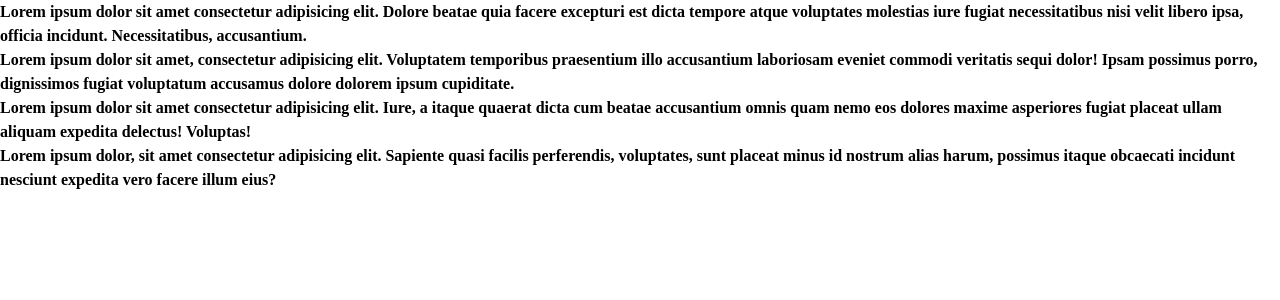
Repository: nguyenkien12345/Master-Css
Page: 1 so thuoc tinh css dac biet/index.html
The author's editor kept a copy of each file at every save. The page is drawn from the files as they stood at one save, then again after the next save.
The browser window is 1280 px wide. The pictures show the whole page.

Above is the page before, as saved 2023-09-10 22:50:27.

### 1 so thuoc tinh css dac biet/index.html
<!DOCTYPE html>
<html lang="en">
<head>
    <meta charset="UTF-8">
    <meta http-equiv="X-UA-Compatible" content="IE=edge">
    <meta name="viewport" content="width=device-width, initial-scale=1.0">
    <title>1 số thuộc tính css đặc biệt</title>
</head>

    <style>
        *,
        *::before,
        *::after {
          box-sizing: border-box;
        }
        body,
        h1,
        h2,
        h3,
        h4,
        h5,
        h6,
        p,
        figure,
        picture {
          margin: 0;
        }
        body {
          min-height: 100vh;
          line-height: 1.5;
        }
        input,
        button,
        select,
        textarea {
          font: inherit;
        }
        img,
        picture {
          display: block;
          max-width: 100%;
        }
        /* remove animation for people who've turned them off */
        @media (prefers-reduced-motion: reduce) {
          *,
          *::before,
          *::after {
            animation-duration: 0.01ms !important;
            animation-iteration-count: 1 !important;
            transition-duration: 0.01ms !important;
            scroll-behavior: auto !important;
          }
        }

        /* .boxed {
            width: 100px;
            height: 100px;
            background-color: #6a5af9;
            margin-inline: auto;
        } */
        /* margin-inline: auto; tương ứng với margin-left: auto, margin-right: auto */
        /* margin-block: auto; tương ứng với margin-top: auto, margin-bottom: auto */
        /* padding-inline và padding-block tương tự như margin-inline, margin-block */
        /* --------------------------------------------------------------------------------------------------------------- */

        /* .aspect{
            aspect-ratio: 16/9;
        }

        .aspect img{
            width: 100%;
            height: 100%;
            object-fit: cover;
        } */
        /*  aspect-ratio: Hỗ trợ hiển thị ảnh theo tỷ lệ */
        /* --------------------------------------------------------------------------------------------------------------- */

        /* body {
            background-color: yellow;
            position: relative;
        }

        .child {
            position: absolute;
            top: 0;
            left: 0;
            right: 0;
            bottom: 0;
            background-color: blueviolet;
        } */
        /*
            Cách 1
            top: 0;
            left: 0;
            right: 0;
            bottom: 0;
        */
        /*
            Cách 2
            top: 0;
            left: 0;
            width: 100%;
            height: 100%;
        */
        /*
        - Thay cả 4 thằng top, bottom, left, right là inset: 0 (=> top right bottom left đều là 0)
        - inset: top right bottom left
        */

        /* selectors: is và where */
        div p, section p, main p,  article p {
          font-size: 16px;
          font-weight: 600;
        }
    </style>

<body>
    <!--
      <div class="boxed">
        Evondev
      </div>
    -->

    <!--
      <div class="aspect">
        <img src="https://source.unsplash.com/random" alt=""/>
      </div>
    -->

    <!-- <div class="child"></div> -->

    <div>
      <p>Lorem ipsum dolor sit amet consectetur adipisicing elit. Dolore beatae quia facere excepturi est dicta tempore atque voluptates molestias iure fugiat necessitatibus nisi velit libero ipsa, officia incidunt. Necessitatibus, accusantium.</p>
    </div>
    <section>
      <p>Lorem ipsum dolor sit amet, consectetur adipisicing elit. Voluptatem temporibus praesentium illo accusantium laboriosam eveniet commodi veritatis sequi dolor! Ipsam possimus porro, dignissimos fugiat voluptatum accusamus dolore dolorem ipsum cupiditate.</p>
    </section>
    <main>
      <p>Lorem ipsum dolor sit amet consectetur adipisicing elit. Iure, a itaque quaerat dicta cum beatae accusantium omnis quam nemo eos dolores maxime asperiores fugiat placeat ullam aliquam expedita delectus! Voluptas!</p>
    </main>
    <article>
      <p>Lorem ipsum dolor, sit amet consectetur adipisicing elit. Sapiente quasi facilis perferendis, voluptates, sunt placeat minus id nostrum alias harum, possimus itaque obcaecati incidunt nesciunt expedita vero facere illum eius?</p>
    </article>
</body>
</html>

After the next save:
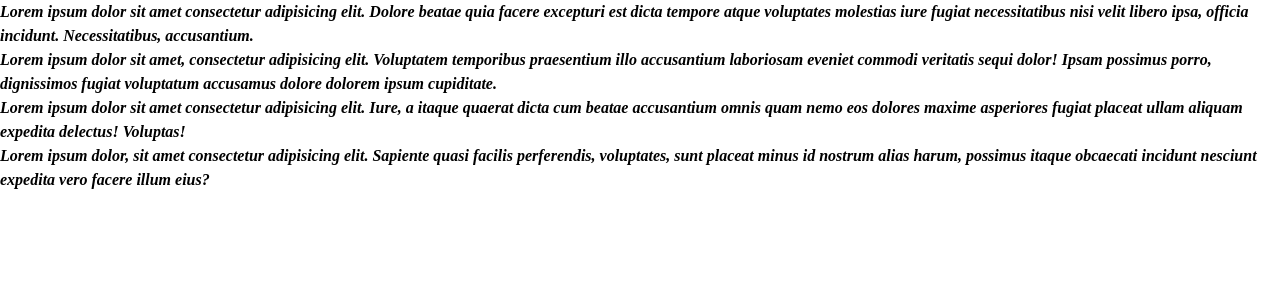
Saved 7 s later.
--- a/1 so thuoc tinh css dac biet/index.html
+++ b/1 so thuoc tinh css dac biet/index.html
@@ -111,6 +111,7 @@
         div p, section p, main p,  article p {
           font-size: 16px;
           font-weight: 600;
+          font-style: italic;
         }
     </style>
 
